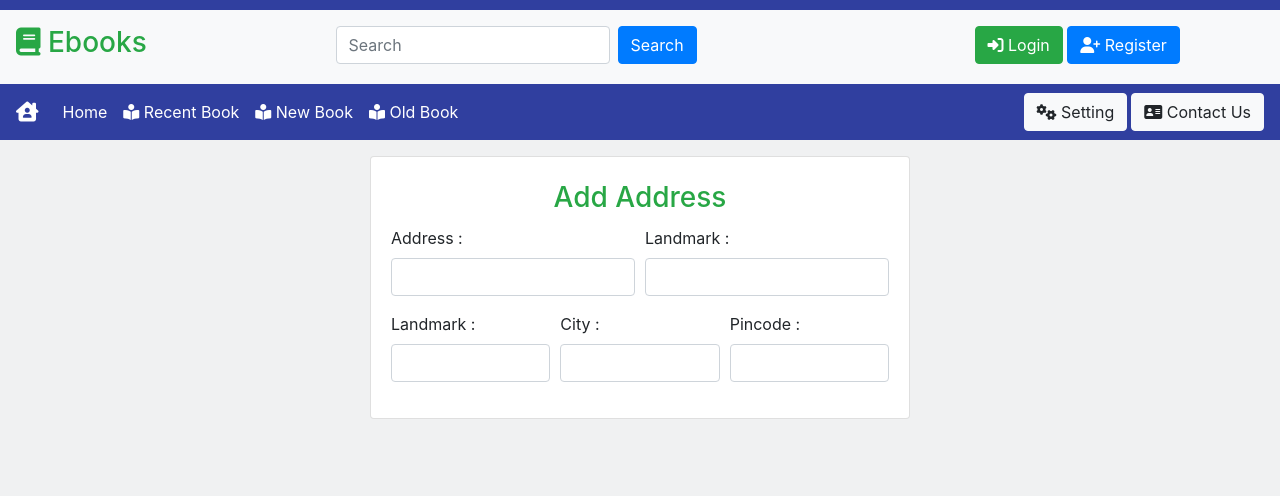
Repository: chittaranjan24/E-Books_Management_System
Page: http://localhost/Ebook-App/user_address.jsp
The author's editor kept a copy of each file at every save. The page is drawn from the files as they stood at one save, then again after the next save.
The browser window is 1280 px wide. The pictures show the whole page.
Some web libraries are served in a nearby version. The page is served by Tomcat 9. Other server files are loaded and not shown.

Above is the page before, as saved 2023-08-31 11:06:24.

### Ebook-App/src/main/webapp/user_address.jsp
<%@ page language="java" contentType="text/html; charset=ISO-8859-1"
	pageEncoding="ISO-8859-1"%>
<!DOCTYPE html>
<html>
<head>
<meta charset="ISO-8859-1">
<title>Add Address</title>
<%@include file="all_component/allCss.jsp"%>
</head>
<body style="background-color: #f0f1f2;">
	<%@include file="all_component/navbar.jsp"%>

	<div class="container">
		<div class="row">
			<div class="col-md-6 offset-md-3 mt-3">
				<div class="card">
					<div class="card-body">
						<h3 class="text-center text-success p-1">Add Address</h3>
						<form action="">
							<div class="form-row">
								<div class="form-group col-md-6">
									<label for="inputPassword4">Address :</label> <input
										type="text" class="form-control" id="inputPassword4">
								</div>
								<div class="form-group col-md-6">
									<label for="inputEmail4">Landmark :</label> <input type="text"
										class="form-control" id="inputEmail4">
								</div>
							</div>

							<div class="form-row">
								<div class="form-group col-md-4">
									<label for="inputEmail4">Landmark :</label> <input type="text"
										class="form-control" id="inputEmail4">
								</div>
								<div class="form-group col-md-4">
									<label for="inputPassword4">City :</label> <input type="text"
										class="form-control" id="inputPassword4">
								</div>
								<div class="form-group col-md-4">
									<label for="inputPassword4">Pincode :</label> <input
										type="number" class="form-control" id="inputPassword4">
								</div>
							</div>
						</form>
					</div>
				</div>
			</div>
		</div>
	</div>
</body>
</html>

### Ebook-App/src/main/webapp/all_component/allCss.jsp
<link rel="stylesheet"
	href="https://cdn.jsdelivr.net/npm/bootstrap@4.0.0/dist/css/bootstrap.min.css"
	integrity="sha384-Gn5384xqQ1aoWXA+058RXPxPg6fy4IWvTNh0E263XmFcJlSAwiGgFAW/dAiS6JXm"
	crossorigin="anonymous">


<script src="https://code.jquery.com/jquery-3.2.1.slim.min.js"
	integrity="sha384-KJ3o2DKtIkvYIK3UENzmM7KCkRr/rE9/Qpg6aAZGJwFDMVNA/GpGFF93hXpG5KkN"
	crossorigin="anonymous"></script>
<script
	src="https://cdn.jsdelivr.net/npm/popper.js@1.12.9/dist/umd/popper.min.js"
	integrity="sha384-ApNbgh9B+Y1QKtv3Rn7W3mgPxhU9K/ScQsAP7hUibX39j7fakFPskvXusvfa0b4Q"
	crossorigin="anonymous"></script>
<script
	src="https://cdn.jsdelivr.net/npm/bootstrap@4.0.0/dist/js/bootstrap.min.js"
	integrity="sha384-JZR6Spejh4U02d8jOt6vLEHfe/JQGiRRSQQxSfFWpi1MquVdAyjUar5+76PVCmYl"
	crossorigin="anonymous"></script>


<link rel="stylesheet"
	href="https://cdnjs.cloudflare.com/ajax/libs/font-awesome/6.4.2/css/all.min.css"
	integrity="sha512-z3gLpd7yknf1YoNbCzqRKc4qyor8gaKU1qmn+CShxbuBusANI9QpRohGBreCFkKxLhei6S9CQXFEbbKuqLg0DA=="
	crossorigin="anonymous" referrerpolicy="no-referrer" />


<link rel="stylesheet" href="all_component/style.css">

### Ebook-App/src/main/webapp/all_component/navbar.jsp
<%@ taglib prefix="c" uri="http://java.sun.com/jsp/jstl/core"%>
<%@page isELIgnored="false" %>

<div class="container-fluid"
	style="height: 10px; background-color: #303f9f"></div>

<div class="container-fluid p-3 bg-light">
	<div class="row">
		<div class="col-md-3 text-success">
			<h3>
				<i class="fa-solid fa-book"></i> Ebooks
			</h3>
		</div>
		<div class="col-md-6">
			<form class="form-inline my-2 my-lg-0" action="search.jsp" method="post">
				<input class="form-control mr-sm-2" type="search" name="ch"
					placeholder="Search" aria-label="Search">
				<button class="btn btn-primary my-2 my-sm-0" type="submit">Search</button>
			</form>
		</div>

		<c:if test="${not empty userobj }">

		<div class="col-md-3">

		<a href="checkout.jsp"><i class="fa-solid fa-cart-arrow-down fa-2x"></i></a>

			<button class="btn btn-success">
			<i class="fa-solid fa-circle-user"></i> ${userobj.name}</button>

			<a href="logout" class="btn btn-primary text-white">
			<i class="fa-solid fa-power-off"></i> Logout</a>
		</div>

		</c:if>

		<c:if test="${empty userobj }">

		<div class="col-md-3">
			<a href="login.jsp" class="btn btn-success"><i
				class="fa-solid fa-right-to-bracket"></i> Login</a> <a
				href="register.jsp" class="btn btn-primary text-white"><i
				class="fa-solid fa-user-plus"></i> Register</a>
		</div>

		</c:if>


	</div>
</div>


<nav class="navbar navbar-expand-lg navbar-dark bg-custom">
	<a class="navbar-brand" href="index.jsp"> <i
		class="fa-solid fa-house-chimney-user"></i>
	</a>
	<button class="navbar-toggler" type="button" data-toggle="collapse"
		data-target="#navbarSupportedContent"
		aria-controls="navbarSupportedContent" aria-expanded="false"
		aria-label="Toggle navigation">
		<span class="navbar-toggler-icon"></span>
	</button>

	<div class="collapse navbar-collapse" id="navbarSupportedContent">
		<ul class="navbar-nav mr-auto">
			<li class="nav-item active"><a class="nav-link" href="index.jsp">Home
					<span class="sr-only">(current)</span>
			</a></li>
			<li class="nav-item active"><a class="nav-link" href="all_recent_book.jsp"> <i
					class="fa-solid fa-book-open-reader"></i> Recent Book
			</a></li>
			<li class="nav-item active"><a class="nav-link" href="all_new_book.jsp"> <i
					class="fa-solid fa-book-open-reader"></i> New Book
			</a></li>

			<li class="nav-item active"><a class="nav-link disabled"
				href="all_old_book.jsp"> <i class="fa-solid fa-book-open-reader"></i> Old Book
			</a></li>
		</ul>
		<form class="form-inline my-2 my-lg-0">

			<a href="setting.jsp" class="btn btn-light my-2 my-sm-0" type="submit">
				<i class="fa-solid fa-gears"></i> Setting
			</a>
			<a href="helpline.jsp" class="btn btn-light my-2 my-sm-0 ml-1" type="submit">
				<i class="fa-solid fa-address-card"></i> Contact Us
			</a>

		</form>
	</div>
</nav>

### Ebook-App/src/main/webapp/all_component/style.css
.bg-custom{
	background-color: #303f9f;
}

.navbar .nav-item:hover .nav-link {
	background-color: white;
	color: #303f9f;
	border-radius: 15px;
}

After the next save:
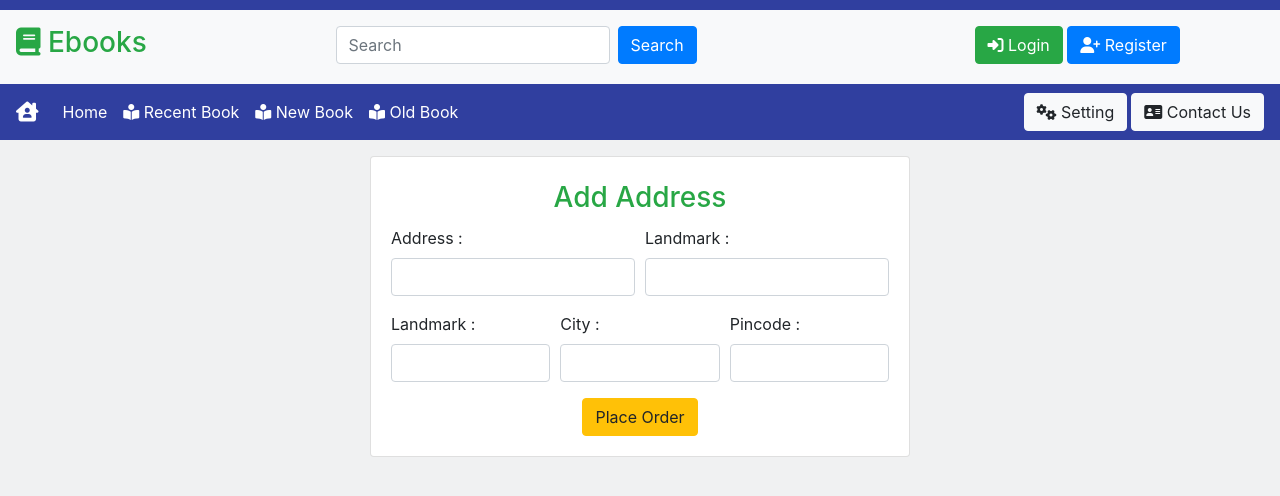
Saved 2 min 4 s later.
--- a/Ebook-App/src/main/webapp/user_address.jsp
+++ b/Ebook-App/src/main/webapp/user_address.jsp
@@ -42,6 +42,11 @@
 										type="number" class="form-control" id="inputPassword4">
 								</div>
 							</div>
+
+							<div class="text-center">
+								<button class="btn btn-warning">Place Order</button>
+							</div>
+
 						</form>
 					</div>
 				</div>
